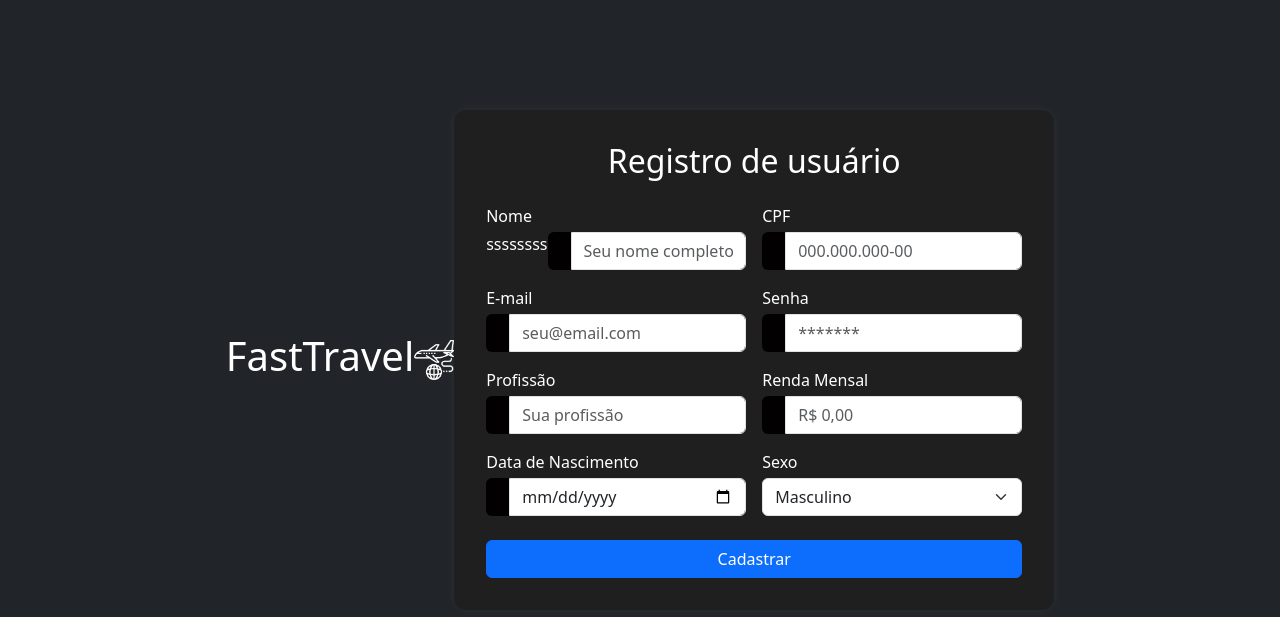
Repository: Suttiago/fasttravel-back
Page: app/templates/Cadastro.html
The author's editor kept a copy of each file at every save. The page is drawn from the files as they stood at one save, then again after the next save.
The browser window is 1280 px wide. The pictures show the whole page.
The template is drawn by Flask 3. The application's start-up code is not run. The template is opened directly, without the code that normally fills it, so the values that code supplies are empty.

Above is the page before, as saved 2025-05-30 10:43:45.

After the next save:
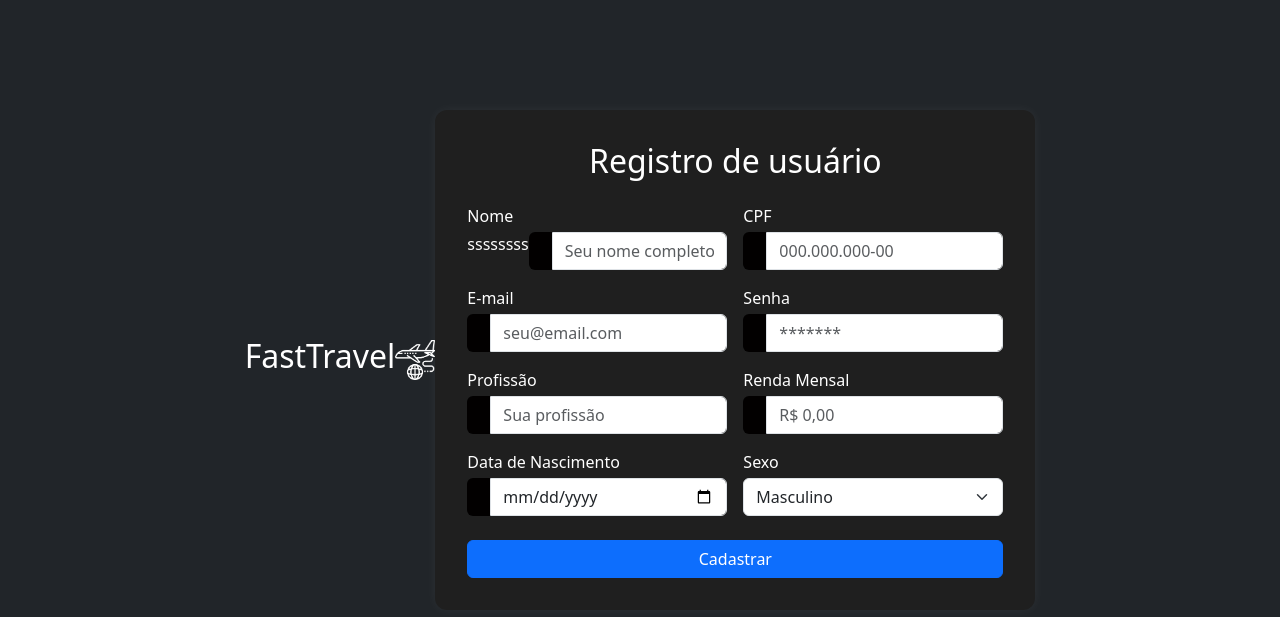
Saved 17 s later.
--- a/app/templates/Cadastro.html
+++ b/app/templates/Cadastro.html
@@ -12,7 +12,7 @@
 </head>
 
 <body class="bg-dark text-white">
-    <h1 size="15px">FastTravel</h1>
+    <h2>FastTravel</h2>
     <img src="{{ url_for('static', filename='logo_branco.png') }}" alt="Logo FastTravel" width="40" height="40">
 </div>
   <div class="form-container">
